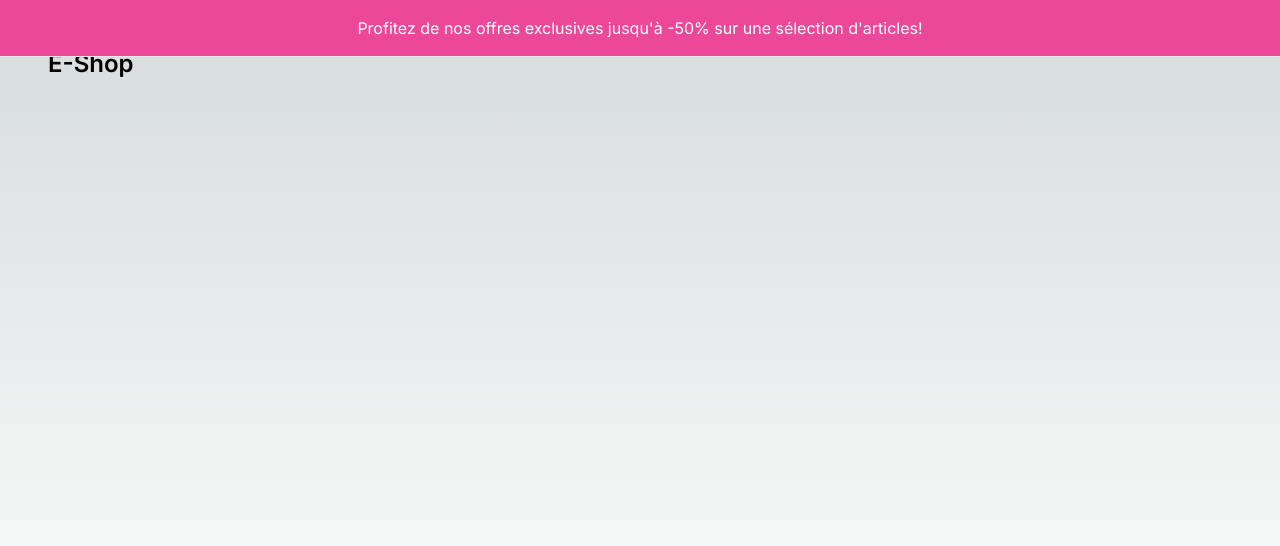
Repository: SDlevelUp/e-shop
Page: /
An editor plug-in stored every save of this project. The page is shown before and after a run of saves, followed by the edit.
The browser window is 1280 px wide. The pictures show the whole page.
The project was rebuilt for these pictures with package versions that can differ from the ones it lists, and the page was loaded fresh each time. The framework's server and built-in components were replaced by stand-ins that run in the browser. Also part of the build but not shown: next.config.js.

Above is the page before, as saved 2023-08-29 09:09:11.

### src/app/layout.js
import './globals.css'
import { Inter } from 'next/font/google';
import Navbar from '@/components/Navbar/Navbar';
import GlobalState from '@/context';
const inter = Inter({ subsets: ['latin'] })

export const metadata = {
  title: 'E-Shop, votre boutique en ligne',
  description: 'Generated by create next app',
};

export default function RootLayout({ children }) {
  return (
    <html lang="en">
      <head>
        <meta charSet="UTF-8" />
        <meta name="viewport" content="width=device-width, initial-scale=1.0" />
        <title>{metadata.title}</title>
        <meta name="description" content={metadata.description} />
      </head>
      <body className={inter.className}>
        <GlobalState>
          <Navbar />
          <main>{children}</main>
        </GlobalState>
      </body>
    </html>
  )
}

### src/app/page.js
import React from 'react';

function Home() {
  return (
    <main className="flex min-h-screen flex-col items-center justify-between p-24">
      <div>

      </div>
    </main>
  );
}

export default Home;

### src/components/Navbar/Navbar.jsx
"use client";

export default function Navbar() {
    return (
        <>

            <div className="bg-white fixed z-40 w-full top-0 left-0 border-b border-gray-200 h-10">
                <header className="bg-pink-500 z-50 w-full top-0 left-0 border-b border-gray-200 fixed">
                    <div className="max-w-screen-xl flex items-center justify-center mx-auto p-4">
                        <div className="flex items-center cursor-pointer">
                            <span className="text-white">
                                Profitez de nos offres exclusives jusqu'à -50% sur une sélection d'articles!
                            </span>
                        </div>
                    </div>
                </header>

                <nav className="max-w-screen-xl flex items-center justify-between mx-auto p-4">
                    <div className="flex items-center cursor-pointer">
                        <span className="self-center text-2xl font-semibold whitespace-nowrap p-8">
                            E-Shop
                        </span>
                    </div>
                    {/* Supprimez la div vide */}
                </nav>
            </div>
        </>
    );
}

### src/context/index.js
"use client";

import { createContext } from 'react';

export const GlobalContext = createContext(null);

export default function GlobalState({ children }) {
    return (
        <GlobalContext.Provider value={{}}>{children}</GlobalContext.Provider>
    )
}

Loaded but not shown: src/app/globals.css (common file); tailwind.config.js (common file)

After the next 4 saves:
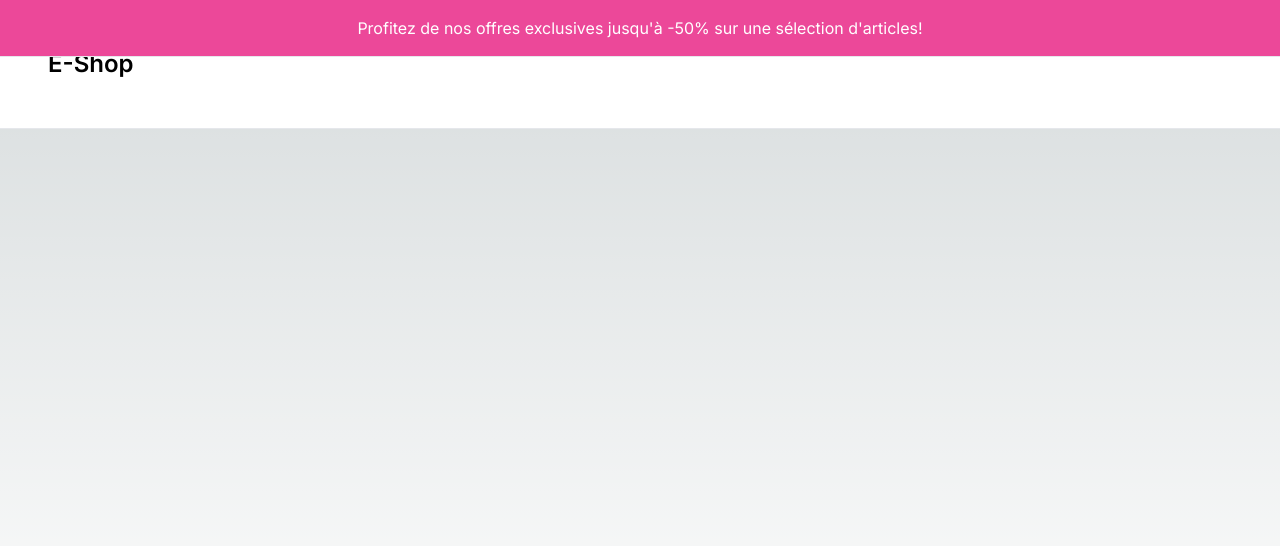
The 4 saves are shown as one change because they came seconds apart.
The last was saved 10 s later.
--- a/src/components/Navbar/Navbar.jsx
+++ b/src/components/Navbar/Navbar.jsx
@@ -4,7 +4,7 @@ export default function Navbar() {
     return (
         <>
 
-            <div className="bg-white fixed z-40 w-full top-0 left-0 border-b border-gray-200 h-10">
+            <div className="bg-white fixed z-40 w-full top-0 left-0 border-b border-gray-200 ">
                 <header className="bg-pink-500 z-50 w-full top-0 left-0 border-b border-gray-200 fixed">
                     <div className="max-w-screen-xl flex items-center justify-center mx-auto p-4">
                         <div className="flex items-center cursor-pointer">
